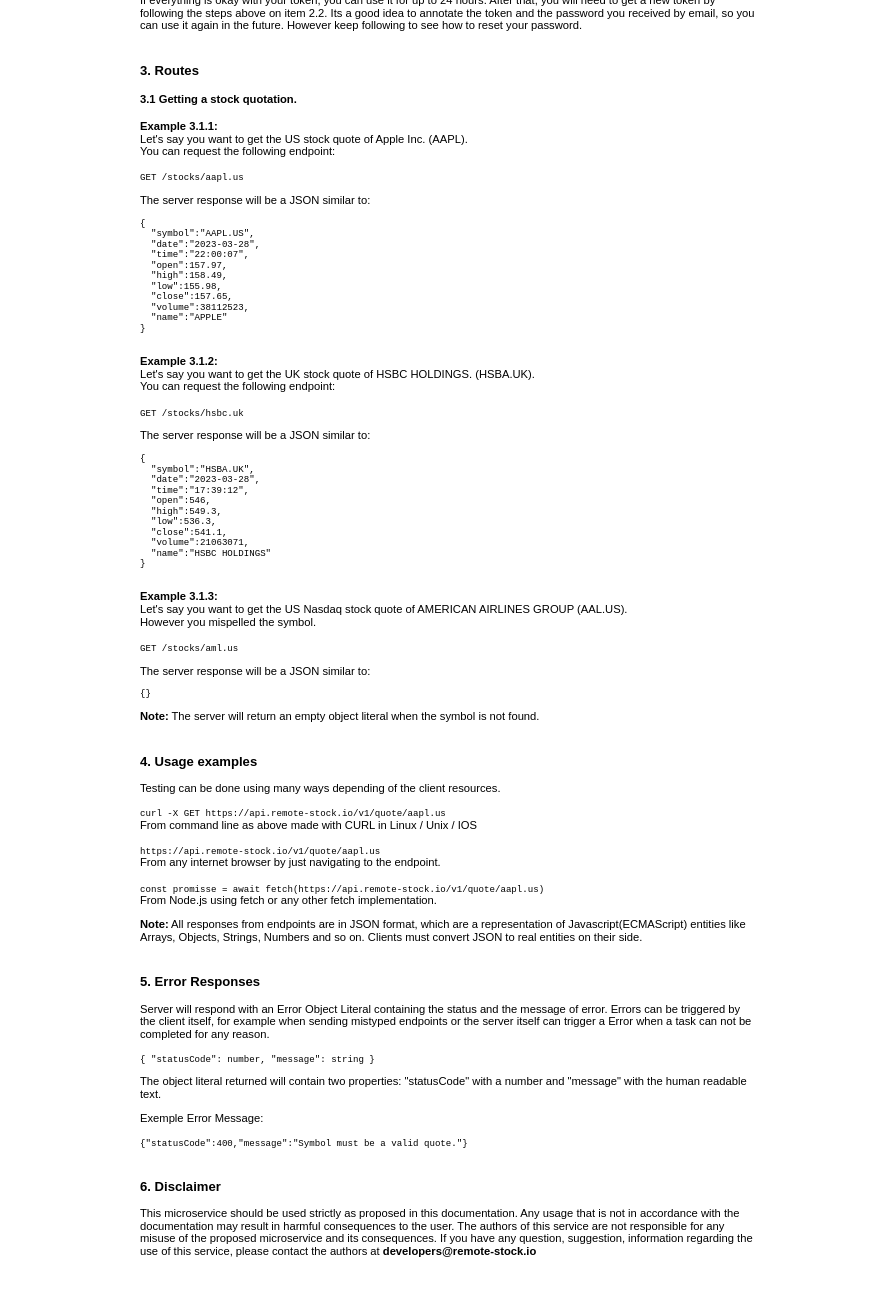
Repository: miguelamello/nest-js
Page: stock-service/documentation.html
The author's editor kept a copy of each file at every save. The page is drawn from the files as they stood at one save, then again after a run of saves.
The browser window is 1280 px wide. The pictures show the part of the page from y = 1261 to 3181 px (the page is 3121 px tall before and 3181 px after), at 70% of full size.

Above is the page before, as saved 2023-04-01 16:50:40.

After the next 2 saves:
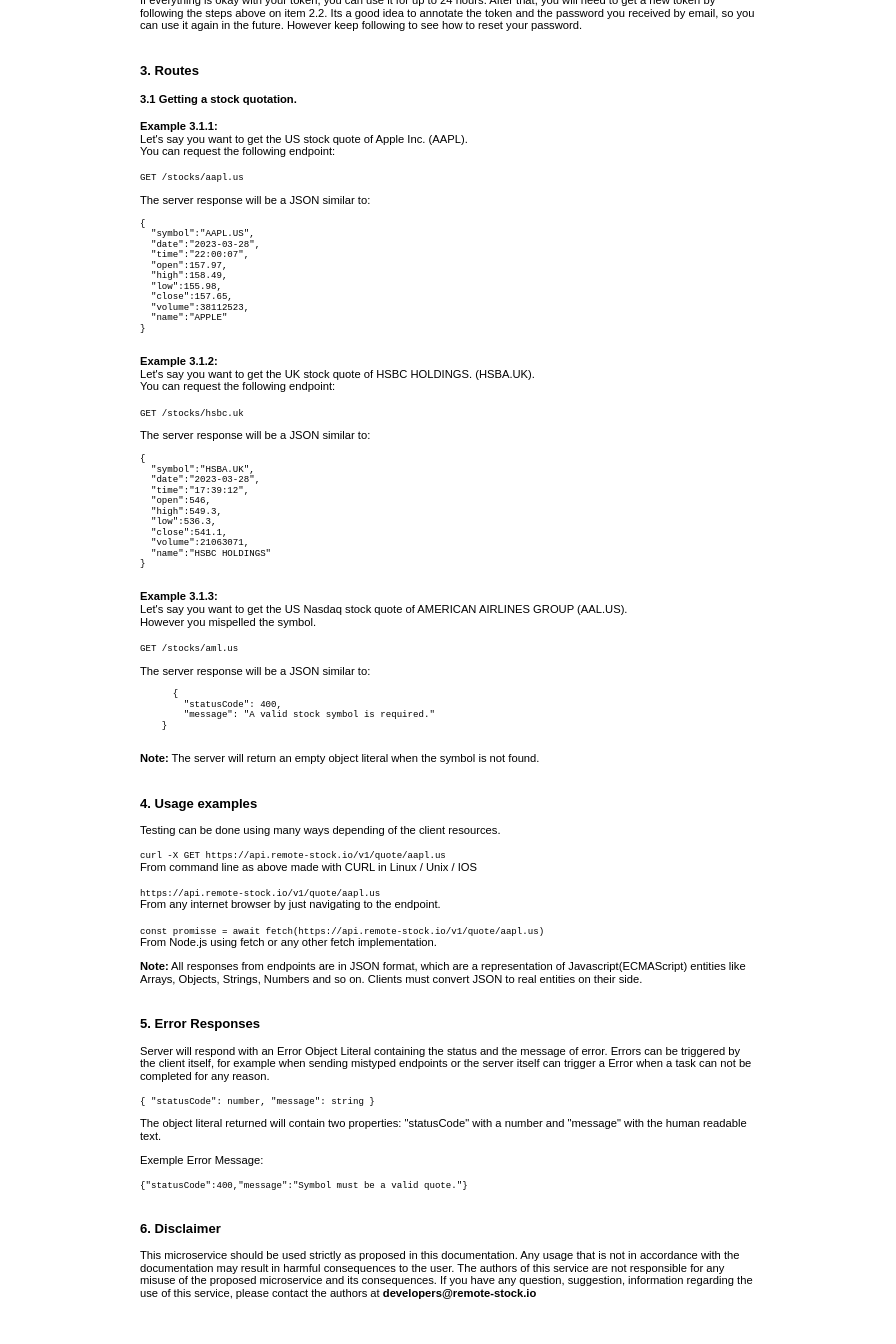
The 2 saves are shown as one change because they came seconds apart.
The last was saved 36 s later.
--- a/stock-service/documentation.html
+++ b/stock-service/documentation.html
@@ -168,7 +168,12 @@ joxNjgwNDU5MTg5fQ.6tP4CUwuBqWPXSu1aLEoy7kCQnCnvEBEXRHDIXUWLNo
 
     <p>The server response will be a JSON similar to:</p>
 
-    <pre>{}</pre>
+    <pre>
+      {
+        "statusCode": 400,
+        "message": "A valid stock symbol is required."
+    }
+    </pre>
 
     <p>
       <b>Note:</b> The server will return an empty object literal when the symbol is not found.
